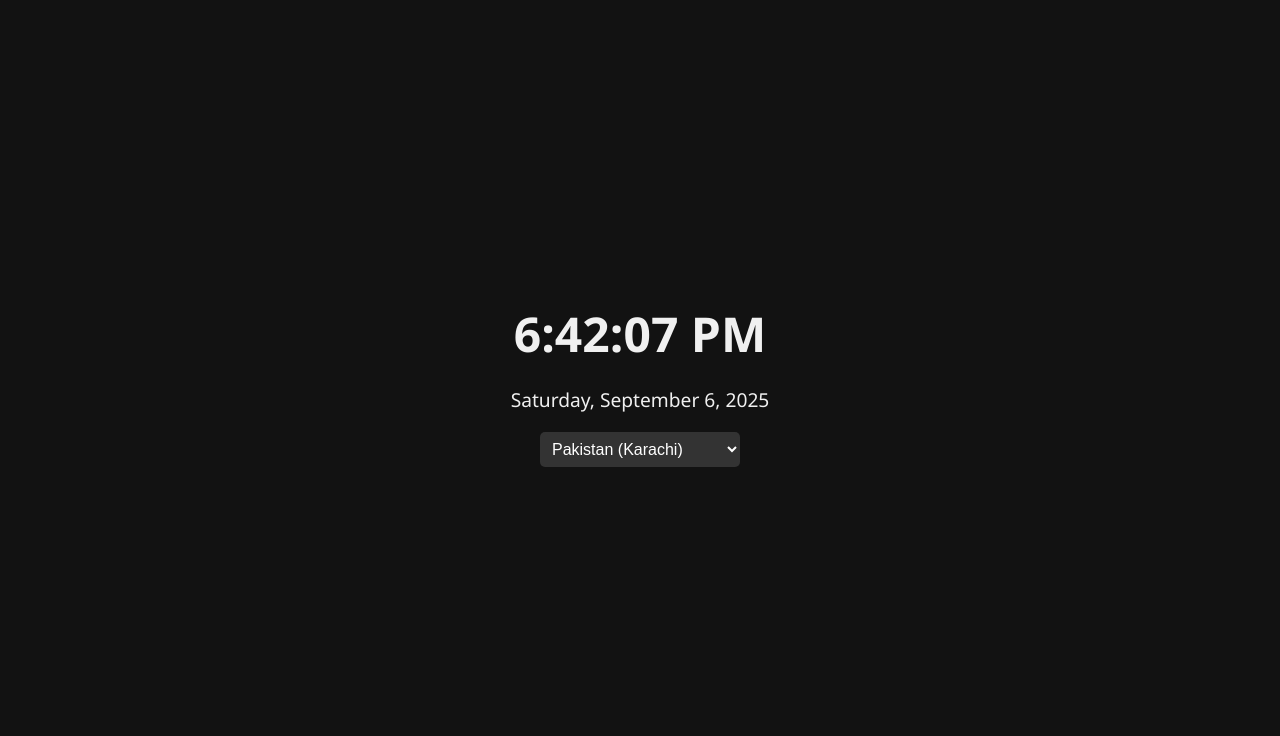
Repository: Rahim-Ullah/hexoforge-bootcamp
Page: phase-2-js-basic/digital-clock.html
An editor plug-in stored every save of this project. The page is shown before and after the next save, followed by the edit.
The browser window is 1280 px wide. The pictures show the whole page.

Above is the page before, as saved 2025-09-10 15:10:53.

After the next save:
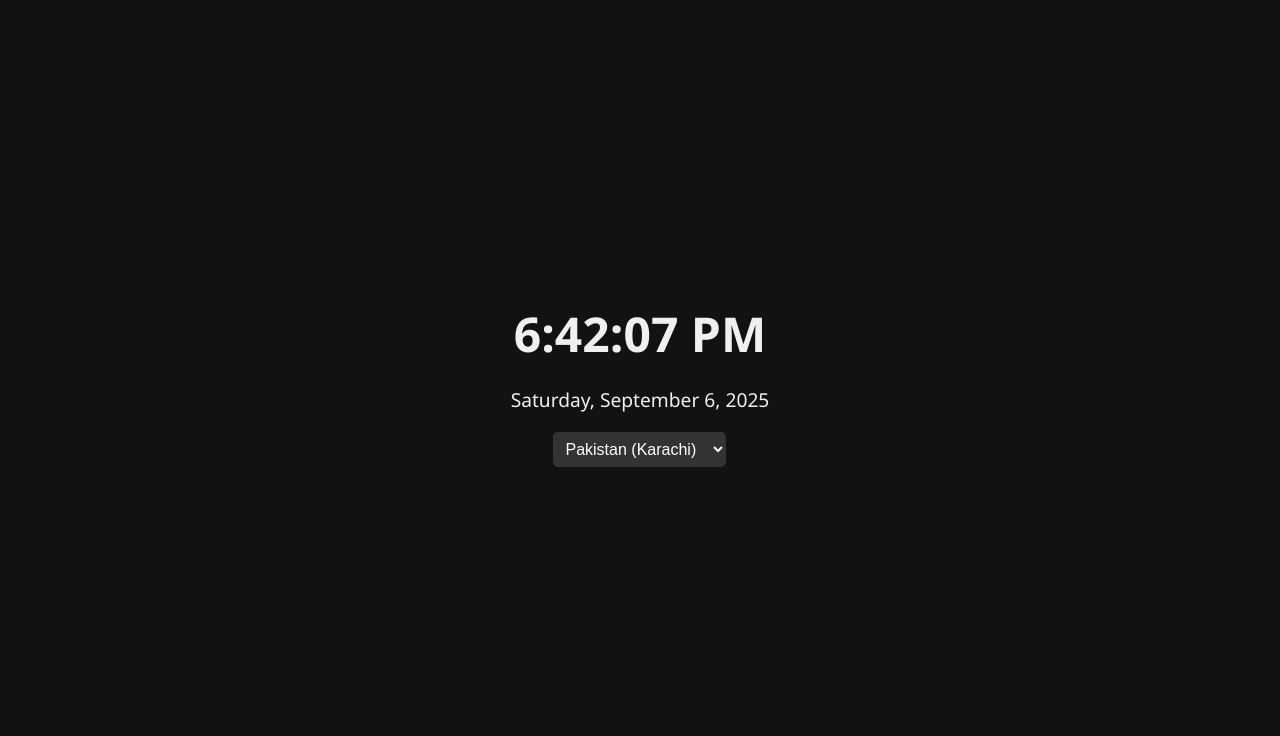
Saved 5 s later.
--- a/phase-2-js-basic/digital-clock.html
+++ b/phase-2-js-basic/digital-clock.html
@@ -50,7 +50,7 @@
             <option value="Asia/Tokyo">Japan (Tokyo)</option>
             <option value="Europe/London">UK (London)</option>
             <option value="America/New_York">USA (New York)</option>
-            <option value="Asia/Kabul">Aghanistan (New York)</option>
+            <option value="Asia/Kabul">Aghanistan (Kabul)</option>
         </select>
     </div>
     <script>
